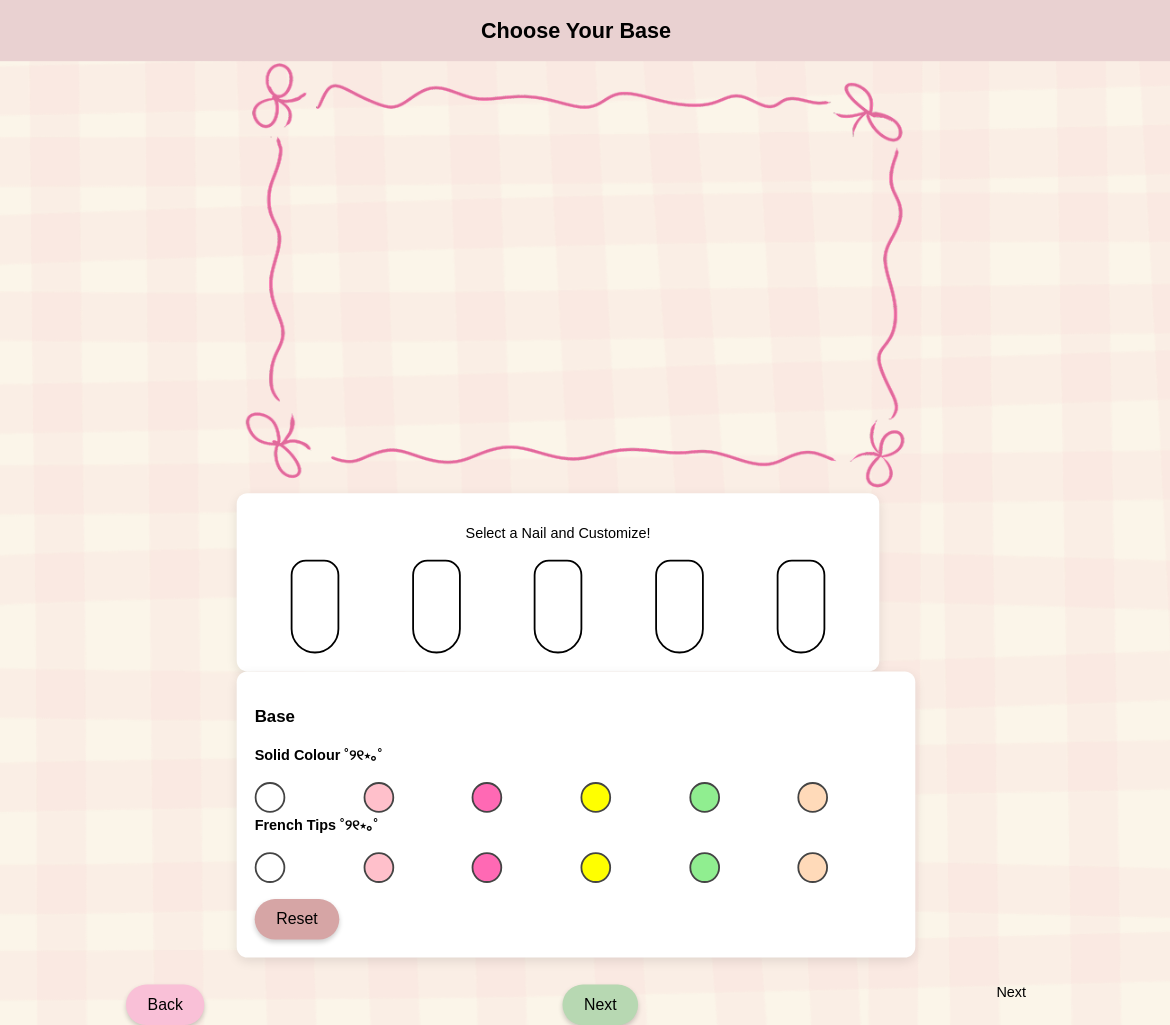
Repository: amolwalia/Fluidity-Lab
Page: basepaint.html
These files come from the project's save history. The page is drawn as it stood at one moment and after a run of saves; the edit follows.
The browser window is 1280 px wide. The page is 1300 px wide, so the pictures cover 1300 px, including what lies to the right of the window. The pictures show the whole page, at 90% of full size.

Above is the page before, as saved 2025-05-11 19:46:03.

After the next 2 saves:
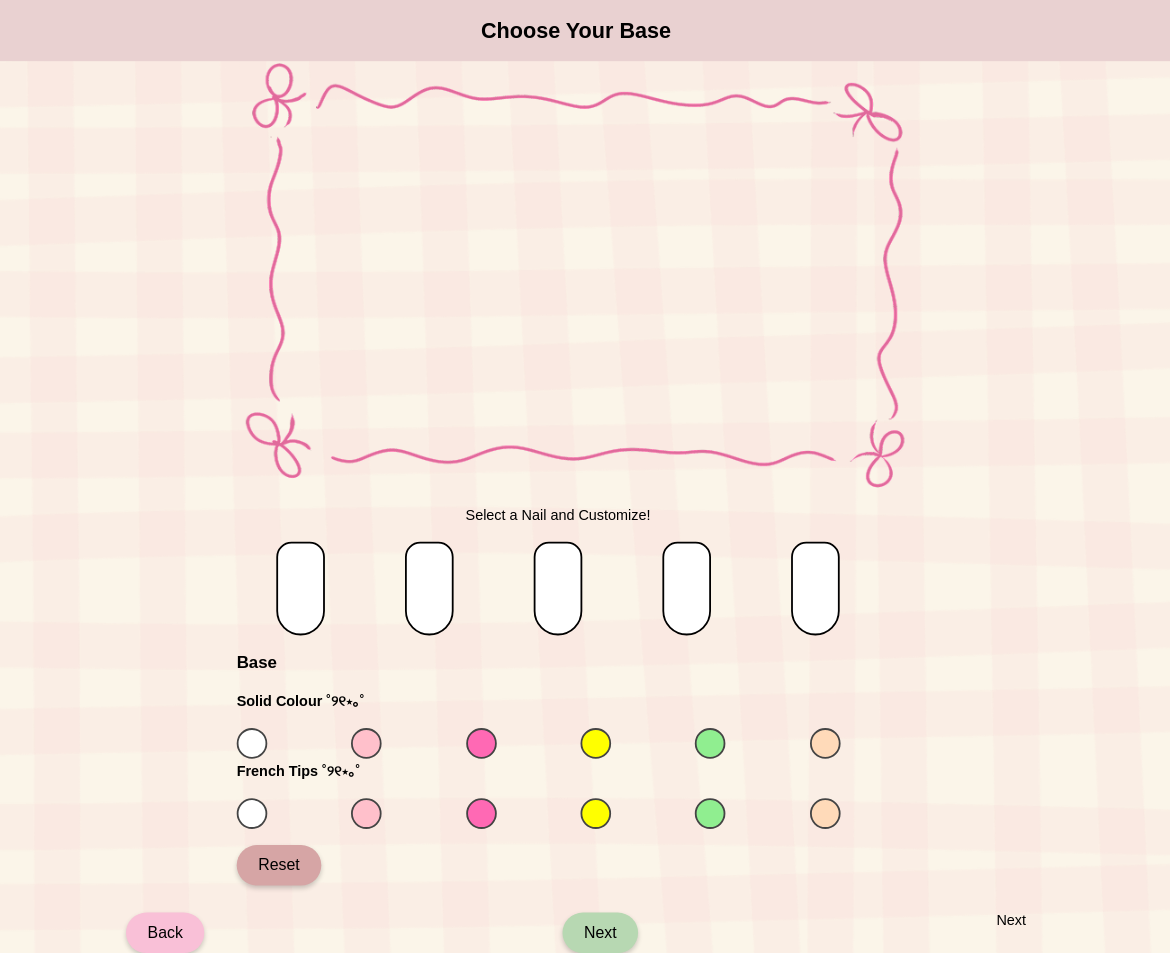
The 2 saves are shown as one change because they came seconds apart.
The last was saved 19 s later.
--- a/styles/basepaints.css
+++ b/styles/basepaints.css
@@ -30,6 +30,17 @@
   display: inline-block; /* or block, depending on layout */
   padding: 20px;
 }
+
+.border-image [
+  position: absolute;
+  top: 0;
+  left: 0;
+  width: 100%;
+  height: 100%;
+  pointer-events: none;
+  z-index: -1;
+}
+]
 
 .nail-area,
 .palette {

After the 5 saves that followed:
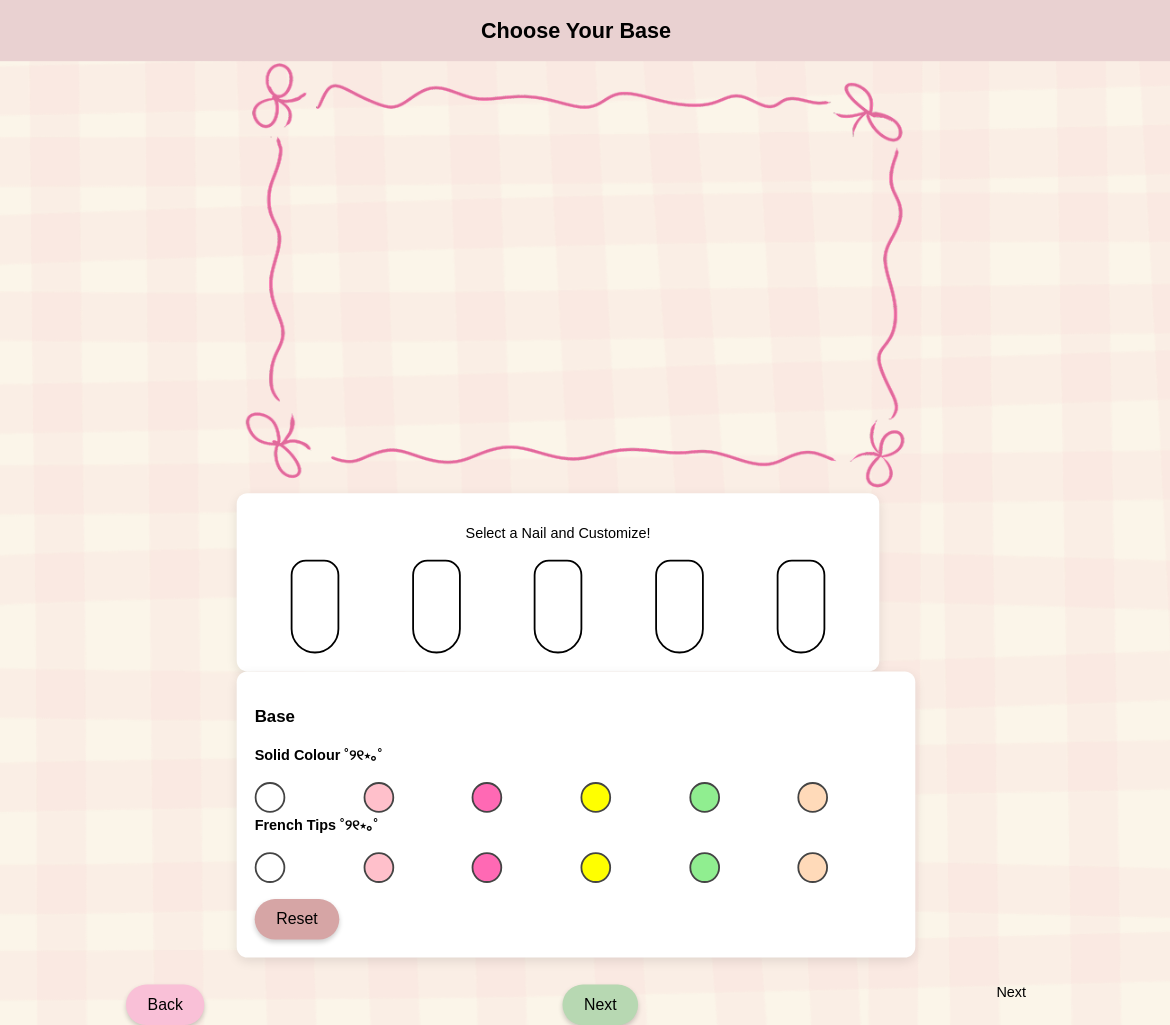
The 5 saves are shown as one change because they came seconds apart.
The last was saved 17 s later.
--- a/styles/basepaints.css
+++ b/styles/basepaints.css
@@ -31,7 +31,7 @@
   padding: 20px;
 }
 
-.border-image [
+.border-image {
   position: absolute;
   top: 0;
   left: 0;
@@ -40,7 +40,8 @@
   pointer-events: none;
   z-index: -1;
 }
-]
+
+
 
 .nail-area,
 .palette {
